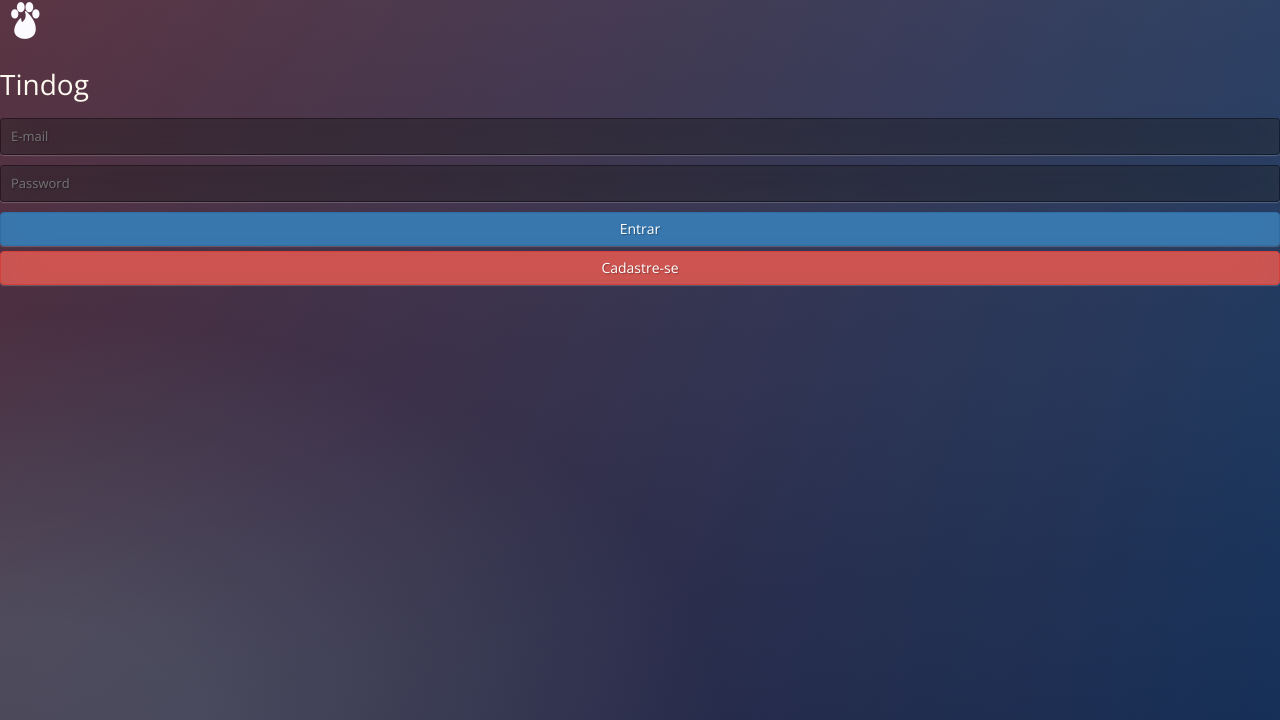
Repository: moises2112/Projetos
Page: http://localhost/Dog/LoginController.do?action=logar
These files come from the project's save history. The page is drawn as it stood at one moment and after the next save; the edit follows.
The browser window is 1280 px wide. The pictures show the whole page.
Some web libraries are served in a nearby version. The page is served by Tomcat 9. Other server files are loaded and not shown.

Above is the page before, as saved 2017-06-13 23:45:13.

### Dog/WebContent/login.jsp

<%@ page language="java" contentType="text/html; charset=ISO-8859-1"
	pageEncoding="ISO-8859-1"%>
<%@ taglib uri="http://java.sun.com/jsp/jstl/core" prefix="c"%>
<!DOCTYPE HTML>
<html>
<head>
<link rel="shortcut icon" href="imagens/favicon.ico">
<meta charset="UTF-8">
<meta http-equiv="Content-Type" content="text/html; charset=ISO-8859-1">

<title>Bem vindo ao Tindog</title>
<link rel="stylesheet" type="text/css" href="css\bootstrap.css">

<link rel="stylesheet"
	href="https://cdnjs.cloudflare.com/ajax/libs/normalize/5.0.0/normalize.min.css">


<style>
/* NOTE: The styles were added inline because Prefixfree needs access to your styles and they must be inlined if they are on local disk! */
@import url(https://fonts.googleapis.com/css?family=Open+Sans);

* {
	-webkit-box-sizing: border-box;
	-moz-box-sizing: border-box;
	-ms-box-sizing: border-box;
	-o-box-sizing: border-box;
	box-sizing: border-box;
}

html {
	width: 100%;
	height: 100%;
	overflow: hidden;
}

body {
	width: 100%;
	height: 100%;
	font-family: 'Open Sans', sans-serif;
	background: #092756;
	background: -moz-radial-gradient(0% 100%, ellipse cover, rgba(104, 128, 138, .4)
		10%, rgba(138, 114, 76, 0) 40%),
		-moz-linear-gradient(top, rgba(57, 173, 219, .25) 0%,
		rgba(42, 60, 87, .4) 100%),
		-moz-linear-gradient(-45deg, #670d10 0%, #092756 100%);
	background: -webkit-radial-gradient(0% 100%, ellipse cover, rgba(104, 128, 138, .4)
		10%, rgba(138, 114, 76, 0) 40%),
		-webkit-linear-gradient(top, rgba(57, 173, 219, .25) 0%,
		rgba(42, 60, 87, .4) 100%),
		-webkit-linear-gradient(-45deg, #670d10 0%, #092756 100%);
	background: -o-radial-gradient(0% 100%, ellipse cover, rgba(104, 128, 138, .4)
		10%, rgba(138, 114, 76, 0) 40%),
		-o-linear-gradient(top, rgba(57, 173, 219, .25) 0%,
		rgba(42, 60, 87, .4) 100%),
		-o-linear-gradient(-45deg, #670d10 0%, #092756 100%);
	background: -ms-radial-gradient(0% 100%, ellipse cover, rgba(104, 128, 138, .4)
		10%, rgba(138, 114, 76, 0) 40%),
		-ms-linear-gradient(top, rgba(57, 173, 219, .25) 0%,
		rgba(42, 60, 87, .4) 100%),
		-ms-linear-gradient(-45deg, #670d10 0%, #092756 100%);
	background: -webkit-radial-gradient(0% 100%, ellipse cover, rgba(104, 128, 138, .4)
		10%, rgba(138, 114, 76, 0) 40%),
		linear-gradient(to bottom, rgba(57, 173, 219, .25) 0%,
		rgba(42, 60, 87, .4) 100%),
		linear-gradient(135deg, #670d10 0%, #092756 100%);
	filter: progid:DXImageTransform.Microsoft.gradient( startColorstr='#3E1D6D',
		endColorstr='#092756', GradientType=1);
}

input {
	width: 100%;
	margin-bottom: 10px;
	background: rgba(0, 0, 0, 0.3);
	border: none;
	outline: none;
	padding: 10px;
	font-size: 13px;
	color: #fff;
	text-shadow: 1px 1px 1px rgba(0, 0, 0, 0.3);
	border: 1px solid rgba(0, 0, 0, 0.3);
	border-radius: 4px;
	box-shadow: inset 0 -5px 45px rgba(100, 100, 100, 0.2), 0 1px 1px
		rgba(255, 255, 255, 0.2);
	-webkit-transition: box-shadow .5s ease;
	-moz-transition: box-shadow .5s ease;
	-o-transition: box-shadow .5s ease;
	-ms-transition: box-shadow .5s ease;
	transition: box-shadow .5s ease;
}

input:focus {
	box-shadow: inset 0 -5px 45px rgba(100, 100, 100, 0.4), 0 1px 1px
		rgba(255, 255, 255, 0.2);
}
</style>

<script
	src="https://cdnjs.cloudflare.com/ajax/libs/prefixfree/1.0.7/prefixfree.min.js"></script>

</head>
<body>
	<div class="login">
		<div>
			<img id="simbolo" src="imagens/tinder_dog_white.png" height="50"
				width="50">
			<h1>Tindog</h1>
		</div>
		<form action="LoginController.do?action=logar" method="post"
			method="post">
			<input type="text" name="email" placeholder="E-mail"
				required="required" /> <input type="password" name="senha"
				placeholder="Password" required="required" /> <input type="submit"
				value='Entrar' class="btn btn-primary btn-block btn-large">
			<input type="button" value='Cadastre-se'
				class="btn btn-danger btn-block btn-large"
				onClick="window.location.href='./cadastrar.jsp'">
		</form>
		<!-- 		<form action="LoginController.do?action=logar" method="post"> -->

		<!-- 			<fieldset> -->
		<!-- 				<div> -->
		<!-- 					<label for="email">Email</label> <input type="text" name="email" -->
		<!-- 						placeholder="email" /> -->
		<!-- 				</div> -->
		<!-- 				<div> -->
		<!-- 					<label for="senha">Senha</label> <input type="password" -->
		<!-- 						name="senha" placeholder="senha" /> -->
		<!-- 				</div> -->
		<!-- 				<div> -->
		<!-- 					<input type="submit" value="Login" /> <input type="button" -->
		<!-- 						value="Cadastrar" onClick="window.location.href='./cadastrar.jsp'" /> -->

		<!-- 				</div> -->

		<!-- 			</fieldset> -->
		<!-- 		</form> -->
</body>
</html>

### Dog/src/br/com/dog/controller/LoginController.java
package br.com.dog.controller;

import java.io.IOException;

import java.sql.SQLException;

import javax.servlet.RequestDispatcher;
import javax.servlet.ServletConfig;
import javax.servlet.ServletException;
import javax.servlet.annotation.WebServlet;
import javax.servlet.http.HttpServlet;
import javax.servlet.http.HttpServletRequest;
import javax.servlet.http.HttpServletResponse;
import javax.servlet.http.HttpSession;
import br.com.dog.controller.util.NavegacaoUtil;
import br.com.dog.model.dao.CachorroDAO;
import br.com.dog.model.dao.UsuarioDAO;
import br.com.dog.model.dao.impl.jdbc.CachorroDao;
import br.com.dog.model.dao.impl.jdbc.UsuarioDao;
import br.com.dog.model.entity.Usuario;

/**
 * Servlet implementation class LoginController
 */
@WebServlet("/LoginController.do")
public class LoginController extends HttpServlet {
	private static final long serialVersionUID = 1L;

	/**
	 * Default constructor.
	 */

	/**
	 * @see HttpServlet#doGet(HttpServletRequest request, HttpServletResponse
	 *      response)
	 */
	protected void doGet(HttpServletRequest request, HttpServletResponse response)
			throws ServletException, IOException {

		RequestDispatcher view = request.getRequestDispatcher(NavegacaoUtil.LOGIN);
		view.forward(request, response);
	}

	/**
	 * @see HttpServlet#doPost(HttpServletRequest request, HttpServletResponse
	 *      response)
	 */
	protected void doPost(HttpServletRequest request, HttpServletResponse response)
			throws ServletException, IOException {
		String action = request.getParameter("action");
		RequestDispatcher view = null;
		if (action.equalsIgnoreCase("logar")) {
			UsuarioDAO userDAO = new UsuarioDao();

			String senhaDaTela = request.getParameter("senha");
			String emailDaTela = request.getParameter("email");

			Usuario usuario = null;

			try {
				// erro esta na linha abaixo
				usuario = userDAO.buscarLoginSenha(senhaDaTela, emailDaTela);

			} catch (SQLException e) {
				// TODO Auto-generated catch block
				e.printStackTrace();
			}

			if (usuario != null) {
				view = request.getRequestDispatcher(NavegacaoUtil.HOME);

				request.setAttribute("usuarioLogado", usuario);

				CachorroDAO dogDAO = new CachorroDao();
				try {
					request.setAttribute("myDogs", dogDAO.buscaPorUsuario(usuario));
				} catch (SQLException e) {
					// TODO Auto-generated catch block
					e.printStackTrace();
				}
				// HttpSession session = request.getSession();
				// session.setAttribute("usuario", usuario);
			} else {
				view = request.getRequestDispatcher(NavegacaoUtil.LOGIN);
				request.setAttribute("erroAoLogar", "Usuario ou senha inválido");
			}
		} else if (action.equalsIgnoreCase("logout")) {
			view = request.getRequestDispatcher(NavegacaoUtil.LOGIN);
			request.removeAttribute("usuarioLogado");
		}
		view.forward(request, response);
	}
}

Loaded but not shown: Dog/WebContent/css/bootstrap.css (library)

After the next save:
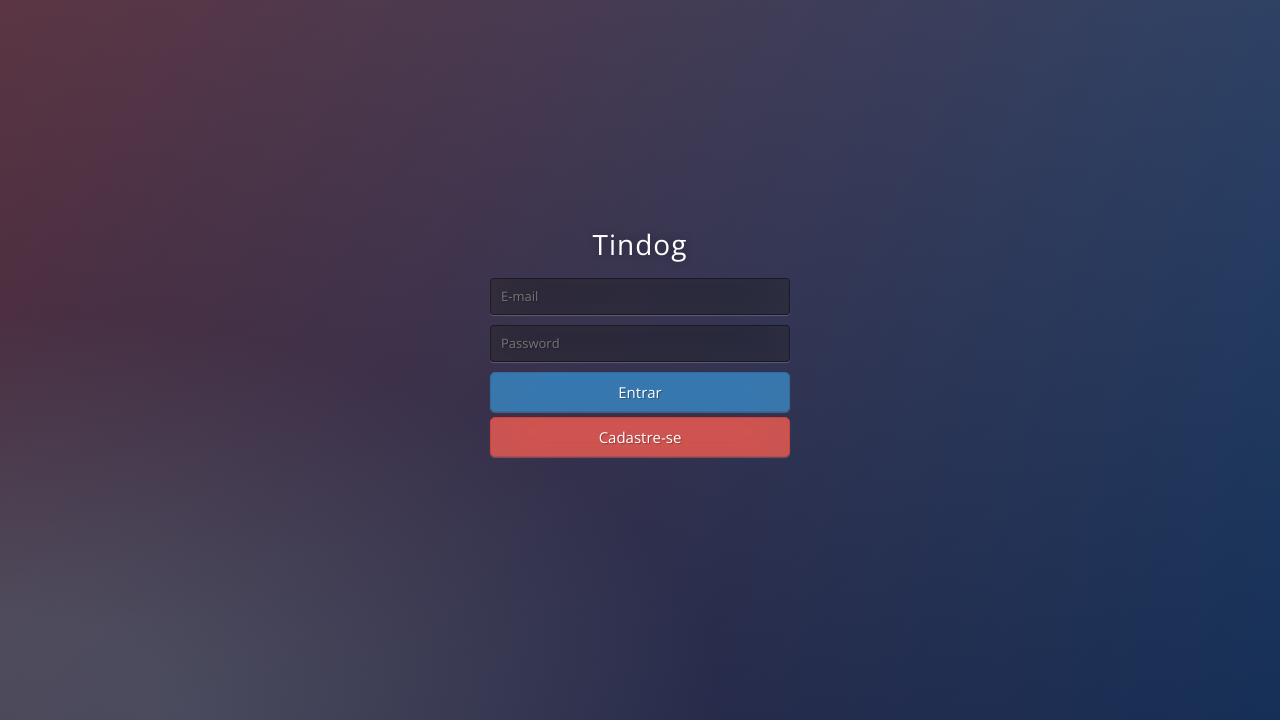
Saved 3 min 24 s later.
--- a/Dog/WebContent/login.jsp
+++ b/Dog/WebContent/login.jsp
@@ -19,6 +19,20 @@
 <style>
 /* NOTE: The styles were added inline because Prefixfree needs access to your styles and they must be inlined if they are on local disk! */
 @import url(https://fonts.googleapis.com/css?family=Open+Sans);
+
+.btn-large {
+	padding: 9px 14px;
+	font-size: 15px;
+	line-height: normal;
+	-webkit-border-radius: 5px;
+	-moz-border-radius: 5px;
+	border-radius: 5px;
+}
+
+.btn-block {
+	width: 100%;
+	display: block;
+}
 
 * {
 	-webkit-box-sizing: border-box;
@@ -68,6 +82,22 @@ body {
 		endColorstr='#092756', GradientType=1);
 }
 
+.login {
+	position: absolute;
+	top: 50%;
+	left: 50%;
+	margin: -150px 0 0 -150px;
+	width: 300px;
+	height: 300px;
+}
+
+.login h1 {
+	color: #fff;
+	text-shadow: 0 0 10px rgba(0, 0, 0, 0.3);
+	letter-spacing: 1px;
+	text-align: center;
+}
+
 input {
 	width: 100%;
 	margin-bottom: 10px;
@@ -101,11 +131,7 @@ input:focus {
 </head>
 <body>
 	<div class="login">
-		<div>
-			<img id="simbolo" src="imagens/tinder_dog_white.png" height="50"
-				width="50">
-			<h1>Tindog</h1>
-		</div>
+		<h1>Tindog</h1>
 		<form action="LoginController.do?action=logar" method="post"
 			method="post">
 			<input type="text" name="email" placeholder="E-mail"
